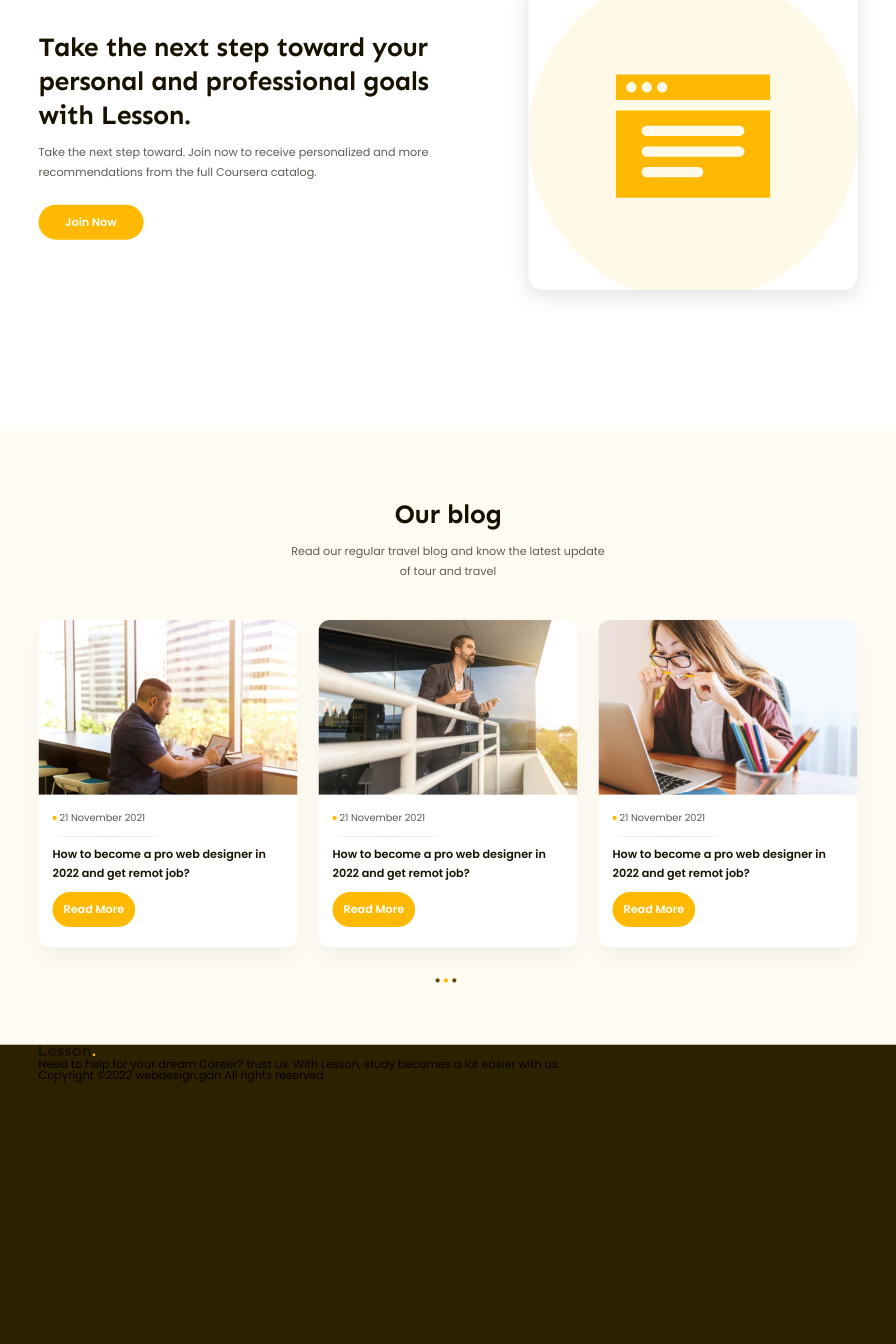
Repository: kauittt/LTWEB
Page: index.html
An editor plug-in stored every save of this project. The page is shown before and after the next save, followed by the edit.
The browser window is 1280 px wide. The pictures show the part of the page from y = 3189 to 5109 px (the page is 5109 px tall), at 70% of full size.

Above is the page before, as saved 2023-01-25 23:03:27.

After the next save:
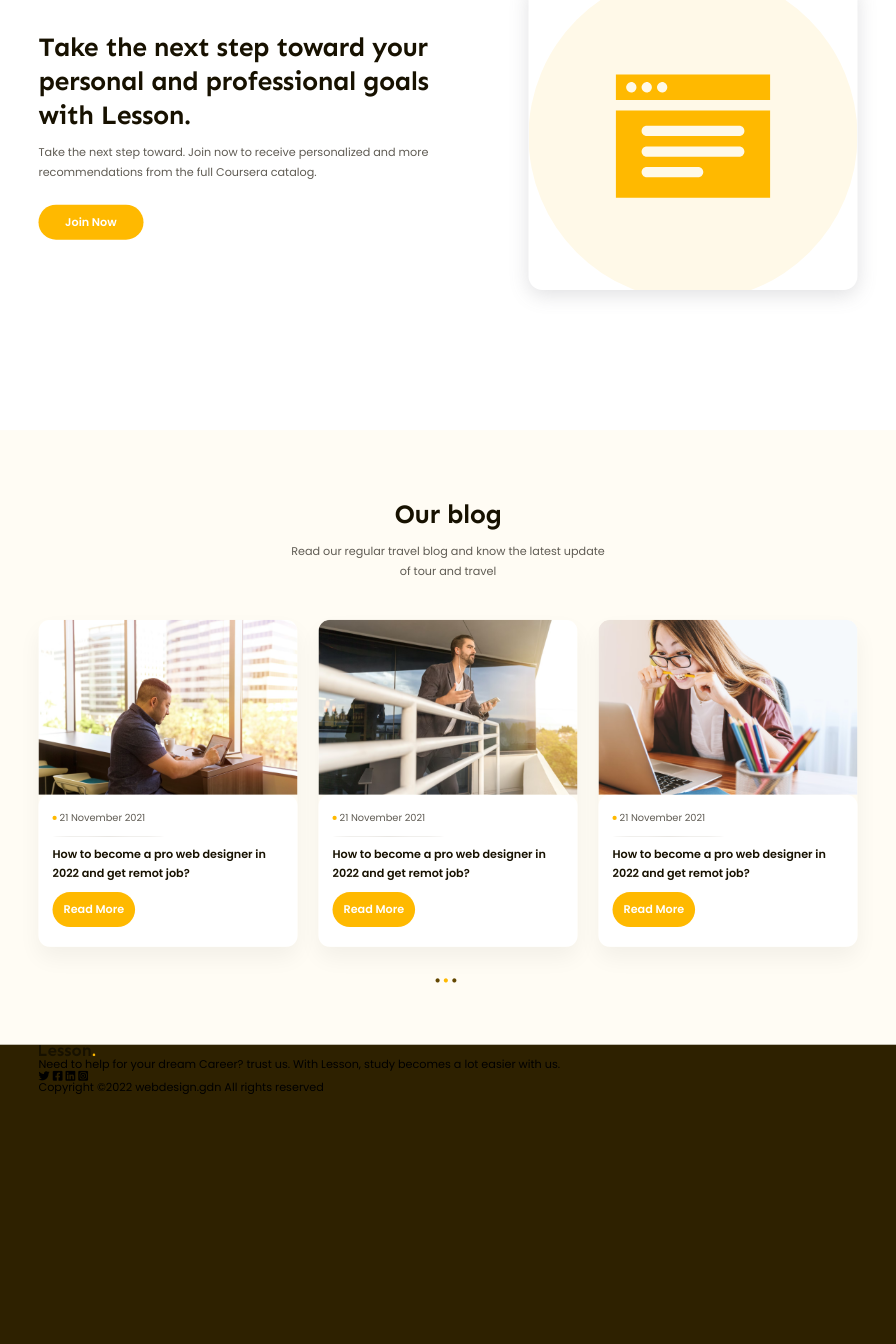
Saved 85 s later.
--- a/index.html
+++ b/index.html
@@ -544,7 +544,12 @@
                                 Need to help for your dream Career? trust us.
                                 With Lesson, study becomes a lot easier with us.
                             </p>
-                            <div class="footer-content-social-list"></div>
+                            <div class="footer-content-social-list">
+                                <i class="fa-brands fa-twitter"></i>
+                                <i class="fa-brands fa-square-facebook"></i>
+                                <i class="fa-brands fa-linkedin"></i>
+                                <i class="fa-brands fa-square-instagram"></i>
+                            </div>
                         </div>
                         <div class="footer-content-connact"></div>
                     </div>
